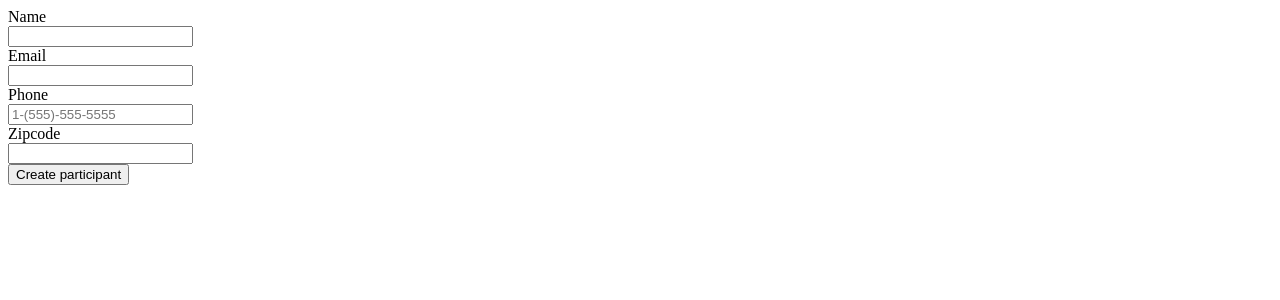
Repository: afan31/Event-Management-System
Page: http://localhost/eventManagmentSystem/createParticipant
The author's editor kept a copy of each file at every save. The page is drawn from the files as they stood at one save, then again after a run of saves.
The browser window is 1280 px wide. The pictures show the whole page.
The page is served by Tomcat 9.

Above is the page before, as saved 2016-11-19 05:23:52.

After the next 2 saves:
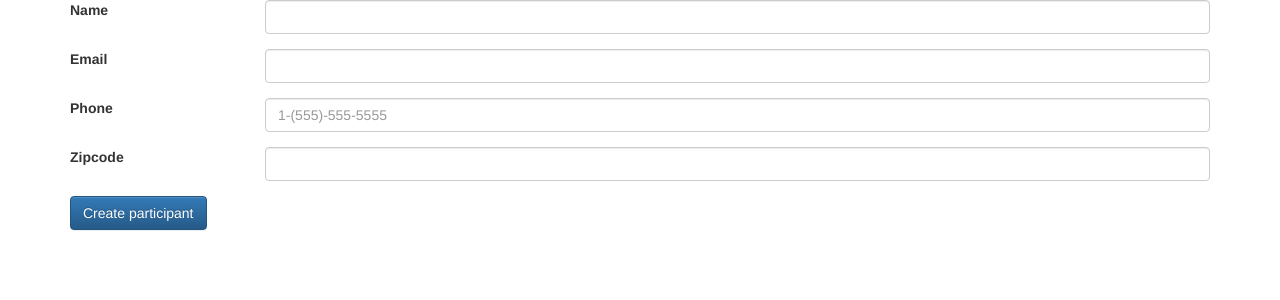
Console error (its wording comes from the project's code and is left out).
The 2 saves are shown as one change because 1 did not build or start.
The last was saved 111 s later.
--- a/eventManagmentSystem/WebContent/WEB-INF/jsps/createParticipant.jsp
+++ b/eventManagmentSystem/WebContent/WEB-INF/jsps/createParticipant.jsp
@@ -6,7 +6,7 @@
 
 <head>
 <meta http-equiv="Content-Type" content="text/html; charset=UTF-8">
-
+<%@ include file="boostrap.jsp" %>
 
 <title>Create Participant</title>
 </head>
